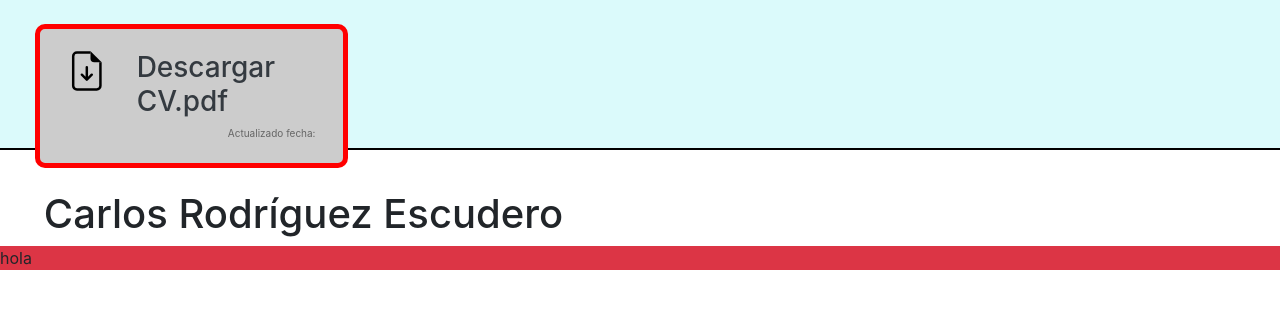
Repository: CarlosRoEs/CarlosWebCV
Page: index.html
An editor plug-in stored every save of this project. The page is shown before and after the next save, followed by the edit.
The browser window is 1280 px wide. The pictures show the whole page.
The style sheet was rebuilt from its Sass, Less or Tailwind sources for each picture, by a compiler version that may differ from the author's.

Above is the page before, as saved 2020-09-15 16:06:58.
Console error: ReferenceError: $ is not defined

After the next save:
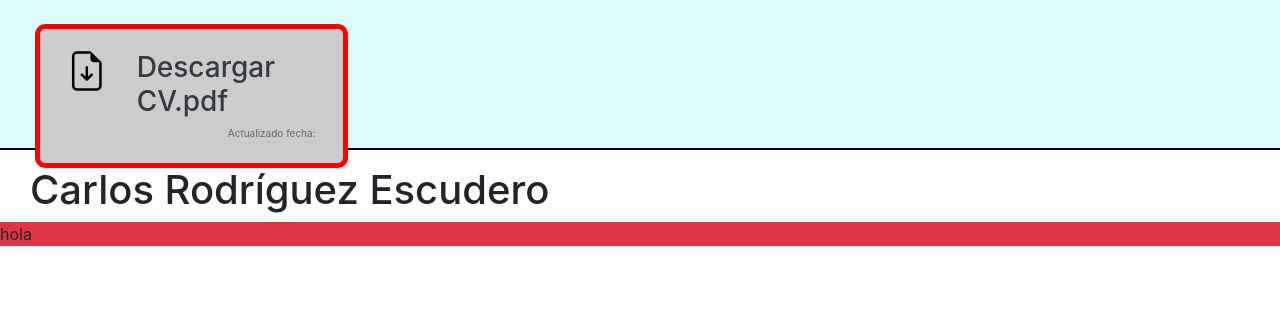
Saved 83 s later.
--- a/index.html
+++ b/index.html
@@ -28,7 +28,7 @@
                     <h3 id="h3-header" class="col-9 mt-3 text-left text-dark">Descargar CV.pdf</h3>
                     <p class="col-12 text-right text-black-50">Actualizado fecha:</p>
         </div>
-        <div class="col-6 d-flex justify-content-center mt-4">
+        <div class="col-6">
             <h1 class="mt-3 mr-5 align-items-center">Carlos Rodríguez Escudero</h1>
         </div>
         </header>
